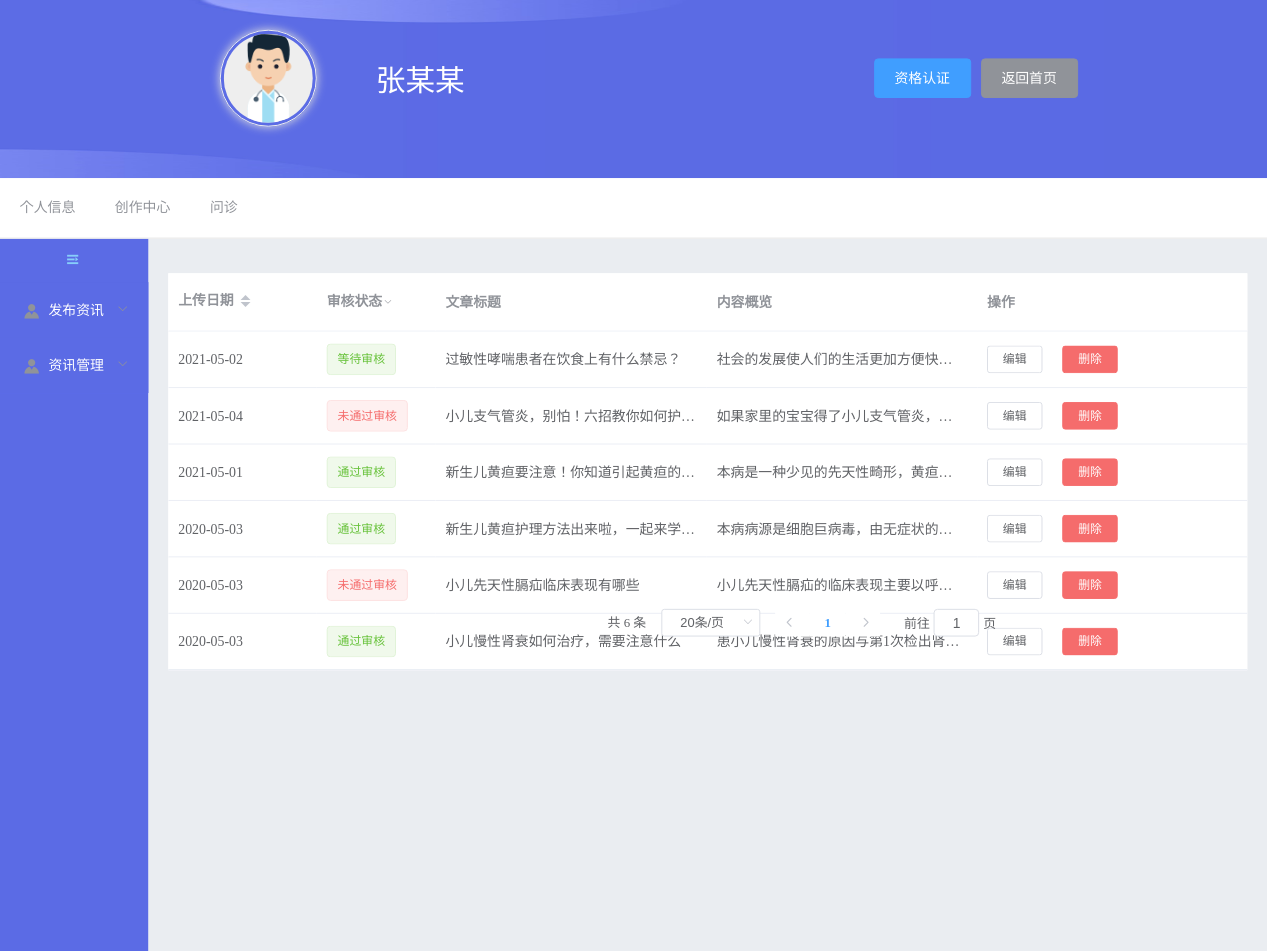
Repository: DiscreteL/SOA_Front
Page: /#/manageArticle
The author's editor kept a copy of each file at every save. The page is drawn from the files as they stood at one save, then again after the next save.
The browser window is 1280 px wide. The pictures show the whole page, at 99% of full size.
The project was rebuilt for these pictures with package versions that can differ from the ones it lists, and the page was loaded fresh each time. Also part of the build but not shown: vue.config.js, src/components/navigation.vue, src/components/dialog.vue, src/views/news.vue, src/components/announcement.vue, src/components/patientKnow.vue, src/views/Home.vue, src/views/login.vue and 15 more.

Above is the page before, as saved 2021-11-29 16:10:01.

### src/main.js
import Vue from 'vue'
import App from './App.vue'
import router from './router'
import store from './store'
import ElementUI from 'element-ui';
import 'element-ui/lib/theme-chalk/index.css';
import instance_ from "@/utils/api";

Vue.use(ElementUI);

Vue.config.productionTip = false

Vue.prototype.instance = instance_

new Vue({
  router,
  store,
  render: h => h(App)
}).$mount('#app')

router.beforeEach((to, from, next) => {
  /* 路由发生变化修改页面title */
  if (to.meta.title) {
      document.title = to.meta.title
  }
  next()
})

### src/App.vue
<template>
  <div id="app">
    <router-view/>
  </div>
</template>

<style lang="less" scoped>
</style>

<script>
export default {
  name: 'app'
}
</script>

### src/utils/api.js
//输出通用axios实例
import axios from 'axios';
axios.defaults.withCredentials = false

const instance = axios.create({
  timeout: 10000,
   headers: {
    'Content-Type': "multipart/form-data;charset=utf-8",
  }
});

export default {
  //GqvbYer04485869e6b5acbed4ed10dfd79468f6d84577b1

   diseaseList (data) {
     return instance.get("https://api.apishop.net/common/disease/queryDiseaseList?apiKey=GqvbYer04485869e6b5acbed4ed10dfd79468f6d84577b1&page=1&pageSize=50", data);
   },
   diseaseInfo(data){
    return instance.get("https://api.apishop.net/common/disease/queryDiseaseInfo?apiKey=GqvbYer04485869e6b5acbed4ed10dfd79468f6d84577b1&diseaseID="+data);
   }


//   allUser () {
//     return instance.post('/api/user');
//   },
//   allProduct () {
//    return instance.post('/api/product')
//   },
//   upload (data) {
//     return instance.post('/api/upload',data)
//   },
//   regist (data){
//   	return instance.post('/api/createOrUpdateUser',data)
//   }
};

### src/views/doctor/messageCenter.vue
<template>
  <div class="home_container">
    <UserHomeNav2></UserHomeNav2>
    <!--页面主体区-->
    <el-container>
      <!--侧边栏-->
      <el-aside :width="isCollapse ? '64px' : '150px'">
        <div class="toggle-button" @click="toggleCollapse">
          <div v-if="this.isCollapse == true">
            <i class="el-icon-s-fold"></i>
          </div>
          <div v-else>
            <i class="el-icon-s-unfold"></i>
          </div>
        </div>
        <el-menu
          background-color="#5b6be5"
          text-color="#fff"
          active-text-color="#409EFF"
          :collapse="isCollapse"
          :collapse-transition="false"
          :router="true"
          :default-active="activePath"
        >
          <!-- :unique-opened="true"->只允许展开一个菜单 -->
          <!-- :collapse-transition="false" -> 关闭动画 -->
          <!-- router -> 导航开启路由模式 -->
          <el-submenu index="1">
          <!-- 一级菜单模板 -->
          <template slot="title">
            <i class="el-icon-s-custom"></i>
            <span>发布资讯</span>
          </template>
            <el-menu-item index="/uploadArticle" @click="saveNavState('/uploadArticle')">
              <i class="el-icon-date" style="color: #dcdcdc"></i>
              <span slot="title">发布文章</span>
            </el-menu-item>
            <el-menu-item index="/uploadVideo" @click="saveNavState('/uploadVideo')">
              <i class="el-icon-date" style="color: #dcdcdc"></i>
            <span slot="title">上传视频</span>
            </el-menu-item>
          </el-submenu>
          <el-submenu index="2">
          <!-- 一级菜单模板 -->
          <template slot="title">
            <i class="el-icon-s-custom"></i>
            <span>资讯管理</span>
          </template>
            <el-menu-item index="/manageArticle" @click="saveNavState('/manageArticle')">
              <i class="el-icon-date" style="color: #dcdcdc"></i>
              <span slot="title">文章管理</span>
            </el-menu-item>
            <el-menu-item index="/manageVideo" @click="saveNavState('/manageVideo')">
              <i class="el-icon-date" style="color: #dcdcdc"></i>
            <span slot="title">视频管理</span>
            </el-menu-item>
          </el-submenu>
        </el-menu>
      </el-aside>
      <!--右侧主体区-->
      <el-main>
        <router-view></router-view>
      </el-main>
    </el-container>
  </div>
</template>

<script>
import UserHomeNav2 from "@/components/userhomenav2.vue";

export default {
  name: "messageCenter",
  components: {
    UserHomeNav2,
  },
  data() {
    return {
      // 默认不折叠
      isCollapse: false,
      // 被激活导航地址
      activePath: "",
    };
  },
  created() {
    this.activePath = window.sessionStorage.getItem("activePath");
  },
  methods: {
    toggleCollapse() {
      this.isCollapse = !this.isCollapse;
    },
    saveNavState(activePath) {
      window.sessionStorage.setItem("activePath", activePath);
      this.activePath = activePath;
    },
  },
};
</script>

<style lang="less" scoped>
html,
body {
  width: 100%;
  height: 100%;
  margin: 0px;
  padding: 0px;
}
.home_container{
    height: 100vh;
}
.el-container{
    height: 100%;
}
.el-aside {
  background-color: #5b6be5;
  .el-menu {
    border-right: none;
  }
}
.el-main {
  background-color: #eaedf1;
}
.toggle-button {
  background-color: #5b6be5;
  font-size: 15px;
  line-height: 24px;
  color: #87cefa;
  text-align: center;
  letter-spacing: 0.2em;
  cursor: pointer;
  padding: 10px;
}
.logo_box {
  height: 60px;
  width: 60px;
  border: 5px #53868b;
  border-radius: 50%; /* 圆角 */
  position: relative;
  margin: 30px;
}
.port_box img {
  width: 100%;
  height: 100%;
  border-radius: 50%; /* 圆角 */
  background-color: #53868b;
}
</style>

### src/views/doctor/message/manageArticle.vue
<template>
  <div class="articleForm">
    <div class="form" style="margin-top: 15px">
      <el-table
        ref="filterTable"
        :data="
          tableData.slice((currentPage - 1) * pageSize, currentPage * pageSize)
        "
        style="width: 100%"
      >
        <el-table-column
          prop="date"
          label="上传日期"
          sortable
          width="150"
          column-key="date"
        >
        </el-table-column>
        <el-table-column
          prop="status"
          label="审核状态"
          width="120"
          :filters="[
            { text: '等待审核', value: '等待审核' },
            { text: '通过审核', value: '通过审核' },
            { text: '未通过审核', value: '未通过审核' },
          ]"
          :filter-method="filterStatus"
          filter-placement="bottom-end"
        >
          <template slot-scope="scope">
            <el-tag
              :type="scope.row.status === '未通过审核' ? 'danger' : 'success'"
              disable-transitions
            >
              {{ scope.row.status }}
            </el-tag>
          </template>
        </el-table-column>
        <el-table-column
          prop="title"
          label="文章标题"
          :show-overflow-tooltip="true"
        >
        </el-table-column>
        <el-table-column
          prop="content"
          label="内容概览"
          :show-overflow-tooltip="true"
        >
        </el-table-column>
        <el-table-column label="操作">
          <el-button size="mini" @click="dialogTableVisible = true"
            >编辑</el-button
          >
          <el-dialog title="编辑文章内容" :visible.sync="dialogTableVisible">
            <el-form ref="formArticle" :model="formArticle" label-width="80px">
              <el-form-item label="文章标题" required>
                <el-input v-model="formArticle.title"></el-input>
              </el-form-item>
              <el-form-item label="文章内容" required>
                <el-input
                  type="textarea"
                  :rows="10"
                  v-model="formArticle.content"
                ></el-input>
              </el-form-item>
              <el-form-item>
                <el-button type="primary" @click="onSubmit">提交编辑</el-button>
                <el-button type="primary" @click="clear">清空</el-button>
              </el-form-item>
            </el-form>
          </el-dialog>
          <el-button
            size="mini"
            type="danger"
            style="margin-left: 20px"
            @click="del"
            >删除</el-button
          >
        </el-table-column>
      </el-table>
    </div>
    <div class="block">
      <el-pagination
        align="center"
        @size-change="handleSizeChange"
        @current-change="handleCurrentChange"
        :current-page="currentPage"
        :page-sizes="[1, 5, 10, 20]"
        :page-size="pageSize"
        layout="total, sizes, prev, pager, next, jumper"
        :total="tableData.length"
      >
      </el-pagination>
    </div>
  </div>
</template>

<script>
export default {
  data() {
    return {
      tableData: [
        {
          date: "2021-05-02",
          status: "等待审核",
          title: "过敏性哮喘患者在饮食上有什么禁忌？",
          content:
            "社会的发展使人们的生活更加方便快捷，推动了人民中国质量的提高。但是另一方面也给人类带来了一些危害，社会快速发展的背后就是工业的发展，工业发展必然会带来一些环境污染，环境未来竟然又会影响到人类，所以如何实现人地协调发展是一个非常重要的问题。如果不能实现人地协调发展，就会给人类带来很大的危害。就比如说现在各种疾病的患病率越来越高，和工业污染有一定的关联。今天就给大家介绍一下，过敏性哮喘患者在饮食上有什么样的禁忌。",
        },
        {
          date: "2021-05-04",
          status: "未通过审核",
          title: "小儿支气管炎，别怕！六招教你如何护理！",
          content:
            "如果家里的宝宝得了小儿支气管炎，牵动着各位爸爸妈心，家长朋友往往比患儿还要着急，看着孩子难受，内心也是备受煎熬，那各位宝爸宝妈们，你们知道如何护理吗？知道如何给宝宝做膳食吗？我们一起来学学吧。",
        },
        {
          date: "2021-05-01",
          status: "通过审核",
          title: "新生儿黄疸要注意！你知道引起黄疸的真正原因吗？",
          content:
            "本病是一种少见的先天性畸形，黄疸乃因胚胎发育异常造成的胆道闭锁或狭窄，胆汁不能排泄或排泄不畅所致。黄疸的特点是出生不久即发生，呈进行性加重，全身皮肤深桔黄色，尿布被尿液染黄后用清水常冲洗不掉。此病预后恶劣，应早期手术",
        },
        {
          date: "2020-05-03",
          status: "通过审核",
          title: "新生儿黄疸护理方法出来啦，一起来学学吧",
          content:
            "本病病源是细胞巨病毒，由无症状的带病毒孕妇通过胎盘感染胎儿。新生儿在出生一个月内出现黄疸、精神不振、咳嗽、肝脾肿大、消化不良和生长停滞等，应考虑是本病。",
        },
        {
          date: "2020-05-03",
          status: "未通过审核",
          title: "小儿先天性膈疝临床表现有哪些",
          content: "小儿先天性膈疝的临床表现主要以呼吸道症状为主，新生儿、婴幼儿和儿童的临床表现各异。",
        },
        {
          date: "2020-05-03",
          status: "通过审核",
          title: "小儿慢性肾衰如何治疗，需要注意什么",
          content:
            "患小儿慢性肾衰的原因与第1次检出肾衰时的患儿年龄密切相关。5岁以下的慢性肾衰常是解剖异常的结果，如肾发育不全、肾发育异常、尿路梗阻以及其他先天畸形；5岁以后的慢性肾衰则以后天性肾小球疾病如小球肾炎、溶血性尿毒综合征或遗传性病变，如Alport综合征、肾囊性病变为主。",
        },
      ],
      dialogTableVisible: false,
      dialogFormVisible: false,
      currentPage: 1, // 当前页码
      total: 20, // 总条数
      pageSize: 20, // 每页的数据条数
      form: {
        reason: "",
        region: 0,
        delivery: false,
      },
      formLabelWidth: "120px",
      formArticle: {
        title: "",
        content: ""
      },
    };
  },
  methods: {
    filterHandler(value, row, column) {
      const property = column["property"];
      return row[property] === value;
    },
    filterStatus(value, row) {
      return row.status === value;
    },
    //每页条数改变时触发 选择一页显示多少行
    handleSizeChange(val) {
      console.log(`每页 ${val} 条`);
      this.currentPage = 1;
      this.pageSize = val;
    },
    //当前页改变时触发 跳转其他页
    handleCurrentChange(val) {
      console.log(`当前页: ${val}`);
      this.currentPage = val;
    },
    del() {
      this.$confirm("此操作将永久删除该文章, 是否继续?", "提示", {
        confirmButtonText: "确定",
        cancelButtonText: "取消",
        type: "warning",
      })
        .then(() => {
          this.$message({
            type: "success",
            message: "删除成功!",
          });
        })
        .catch(() => {
          this.$message({
            type: "info",
            message: "已取消删除",
          });
        });
    },
    onSubmit() {
      console.log("submit!");
    },
    clear() {
      this.$refs.form.resetFields();
    },
  },
};
</script>

<style scoped>
.articleForm {
  width: 100%;
  display: flex;
  flex-direction: column;
}
.form {
  float: left;
  width: 100%;
}
.el-table .warning-row {
  background: oldlace;
}

.el-table .success-row {
  background: #f0f9eb;
}
.block {
  float: left;
  width: 100%;
  position: fixed;
  bottom: 75px;
}
</style>

### src/components/userhomenav2.vue
<template>
  <div class="container">
    <div class="head">
      <div class="background">
        <img src="@/assets/back.jpg" alt="" width="100%" height="100%" />
      </div>
      <div class="headmain">
        <div class="left">
          <!-- 头像部分 -->
          <div class="port_box">
            <img src="../assets/docPort.png" />
          </div>

          <!-- 个人信息部分 -->
          <div
            class="Info"
            style="color: white; font-size: 30px; font-family: 宋体"
          >
            {{ userName }}<br />
          </div>
        </div>
        <div>
            <el-button type="primary" @click="certify">资格认证</el-button>
          <el-button type="info" @click="returnhome">返回首页</el-button>
        </div>
      </div>
    </div>
    <div class="navBar">
      <el-menu
        :default-active="this.$route.path"
        class="el-menu-demo"
        router
        mode="horizontal"
        active-text-color="#409EFF"
      >
        <el-menu-item v-for="(item, i) in navList" :key="i" :index="item.name">
          {{ item.navItem }}
        </el-menu-item>
      </el-menu>
    </div>
    <div></div>
  </div>
</template>

<script>
export default {
  name: "UserHomeNav2",
  data() {
    return {
      //   userID: window.sessionStorage.getItem("id"),
      userName: "张某某",
      navList: [
        { name: "/userHome2", navItem: "个人信息" },
        { name: "/messageCenter", navItem: "创作中心" },
        { name: "/consult", navItem: "问诊" },
        // { name: "/help", navItem: "帮助中心" },
      ],
    };
  },
  methods: {
    returnhome(){
      this.$router.push("/home");
    },
    certify(){

    }
  },
};
</script>

<style scoped>
.head {
  height: 180px;
  width: 100%;
}
.background {
  width: 100%;
  height: 180px;
  z-index: -1;
  position: absolute;
}
.headmain {
  display: flex;
  justify-content: space-around;
  align-items: center;

}
.left {
  display: flex;
  align-items: center;
}
.port_box {
  height: 90px;
  width: 90px;
  border: 1px solid #eee;
  border-radius: 50%; /* 圆角 */
  padding: 3px; /*图片和边框之间的间距 */
  box-shadow: 0 0 10px #ddd; /*阴影 */
  position: relative;
  margin: 30px;
}
.port_box img {
  width: 100%;
  height: 100%;
  border-radius: 50%; /* 圆角 */
  background-color: #eee;
}

.Info {
  text-align: left;
  font: 15px "Microsoft YaHei";
  margin: 30px;
  position: relative;
}
</style>

### src/axios/url.js
import patient from './modules/patient';
import alluser from './modules/alluser';
import doctor from './modules/doctor';
import admin from './modules/admin';
export default {
    patient,
    alluser,
    doctor,
    admin,
};

### src/axios/request.js
import axios from './axios';
export default {
  // get请求
  get(url, param) {
    return new Promise((resolve, reject) => {
      axios({
        method: 'get',
        url,
        params: param
      })
        .then((res = {}) => {
          if (res.code !== '200') reject(res);
          resolve(res);
        })
        .catch(_ => {
          reject(_)});
    });
  },
  // post请求
  post(url, param) {
    return new Promise((resolve, reject) => {
      axios({
        method: 'post',
        url,
        data: param,
      })
        .then((res = {}) => {
          if (res.code !== '200') reject(res);
          resolve(res);
        })
        .catch(_ => reject(_));
    });
  },
};

### src/axios/modules/patient.js
export default {
    getDocListData:'/Patient/GetDoctorList',
    getDrugData:'/Patient/GetDrugInforList',
    getHosData:'/Patient/GetHospitalList',
    getNoticeData:'/Patient/GetNoticeList',
    getDiseaseData:'/Patient/GetDiseaseList',
    patientLogin:'/Patient/Login',
    doctorLogin:'/Doctor/Login',
    patientRegister:'/Patient/Register',
    doctorRegister:'/Doctor/Register',
    postReservationData:'/Patient/PostReservation',
    sendAcidForm:'/Patient/PostAppOfNuc',
    sendOffineReservation:'/Patient/PostOfflineApp',
    getCart:'/Patient/GetCart',
    clearCart:'/Patient/EmptyCart',
    addCart:'/Patient/AddDrug',
    getDocInfoData:'/Patient/GetDoctor',
    getDrugsIncludedListData:'/Patient/GetIncludeList',
    postRateData:'/Patient/PostRating',
    getPreData:'/Patient/GetPre',
    getDiseaseListData:'/Patient/GetDiseaseList',//存在重复
    getDepartmentListData:'/Patient/GetDepartmentList',//存在重复
    getPatientInfo:'/Patient/GetPatiInfor',
    postAutoAddData:'/Patient/AutoAddDrug',
    getDrugListData:'/Patient/GetDrugInforList',//存在重复
    getLocalImg:'/Patient/GetImg',
    getNAT:'/Patient/GetAppsOfNuc',
    postNoticeData:'/Admin/PostNotice',
    deleteNotice:'/Admin/DeleteNotice',
    getPaiIno:'/Patient/GetPatient',
    getOfflineApp:'/Patient/GetOfflineAppList',
    getReservations:'/Patient/GetReservations',
    getPatiBMI:'/Patient/GetPatiInfor',
    getHospital:'/Patient/GetHospital',
    getPreData:'/Patient/GetPre',
    postPaiIno:'/Patient/ModInfor',
    postUpdateReservation:'Patient/UpdateReservation',
    postRectifyOfflineApp:'/Patient/RectifyOfflineApp',
    postRectifyNucleicApp:'/Patient/RectifyNucleicApp',
    updateReservationData:'/Patient/UpdateReservation',
    getDoctorData:'/Doctor/GetDoctor',
    getRecordsData:'/Doctor/GetReservationLists',
    getCompletedRecordsData:'/Doctor/GetRecords'
  };

### src/axios/modules/alluser.js
export default{
    sendChatMes:'/Base/PostChat',
    getChatMes:'/Base/GetChat'
};

### src/axios/modules/doctor.js
export default {
    getPatientInfoData:'/Doctor/GetPatient',
    postPreData:'/Doctor/PostPre',
    postMedicineIncludedData:'/Doctor/PostInclude',
    postReportData:'/Doctor/PostReport',
    getDocIno:'/Doctor/GetDoctor',
};

### src/axios/modules/admin.js
export default {
    getReportListData:'/Admin/GetReportForms',
    getNoticeListData:'/Admin/GetNoticeList',
    postNoticeData:'/Admin/PostNotice'
}

### src/axios/axios.js
import axios from 'axios';
import router from '../router';
import Vue from 'vue';
import qs from 'qs';
//import store from '../store/index';

//import Storage from '../utils/storages';


// 错误状态码处理提示
class MessageTip extends Vue {
  static messageTipInstance = null;
  messageTip = null;

  static instance() {
    if (!this.messageTipInstance) {
      this.messageTipInstance = new MessageTip();
    }
    this.messageTipInstance;
  }

  // 提示信息
  msgInfo(msg) {
    this.messageTip && this.messageTip.close();
    this.messageTip = this.$message({
      showClose: true,
      message: msg,
      type: 'error',
      center: true
    });
  }

  // 错误信息
  errorInfo(errorCode) {
    this.messageTip && this.messageTip.close();
    let msg = '';
    switch (errorCode) {
      case '400':
        msg = '请求错误';
        break;
      case '401':
        msg = '登录会话过期，请重新登录';
        break;
      case '403':
        msg = '拒绝访问';
        break;
      case '404':
        msg = '请求地址出错';
        break;
      case '408':
        msg = '请求超时';
        break;
      case '500':
        msg = '服务器内部错误';
        break;
      case '501':
        msg = '服务器未实现';
        break;
      case '502':
        msg = '网络错误';
        break;
      case '503':
        msg = '服务不可用';
        break;
      case '504':
        msg = '网关超时';
        break;
      case '505':
        msg = 'HTTP版本不受支持';
        break;
    }
    this.messageTip = this.$message({
      showClose: true,
      message: msg,
      type: 'error',
      center: true
    });
  }
}

const messageTip = new MessageTip();

axios.defaults.headers.post['Content-Type'] = 'application/json';

axios.defaults.withCredentials = true;
axios.defaults.baseURL = '/api';
axios.defaults.timeout = 5000;
// 请求拦截器
axios.interceptors.request.use(
  config => {
    if(config.method === 'post') {
      config.data = qs.stringify(config.data)
      config.url += '?' + config.data
    }
    else {
      config.params = qs.stringify(config.params)
      config.url += '?' + config.params
    }
    //config.headers.token = localStorage.getItem('$token_info');
    return config;
  },
  error => {
    return Promise.reject(error);
  }
);

// 响应拦截器
axios.interceptors.response.use(
  response => {
    response.data = {
      result:response.data,
      code:`${response.status}`
    }
    if (response && response.data && response.data.code !== '200') {
      response.data.msg && messageTip.msgInfo(response.data.msg);
      console.log(response)
      return Promise.reject(response.data);
    }
    return response.data;
  },
  error => {
    console.log(error)
    console.log(error.response)
    if (
      error &&
      error.response &&
      error.response.status &&
      messageTip.errorInfo(error.response.status)
    ) {
      return Promise.reject(error);
    }
  }
);
export default axios;

Loaded but not shown: public/index.html (common file); src/store/index.js (common file); src/router/index.js (234 lines, source omitted); src/service/userService.js (198 lines, source omitted)

After the next save:
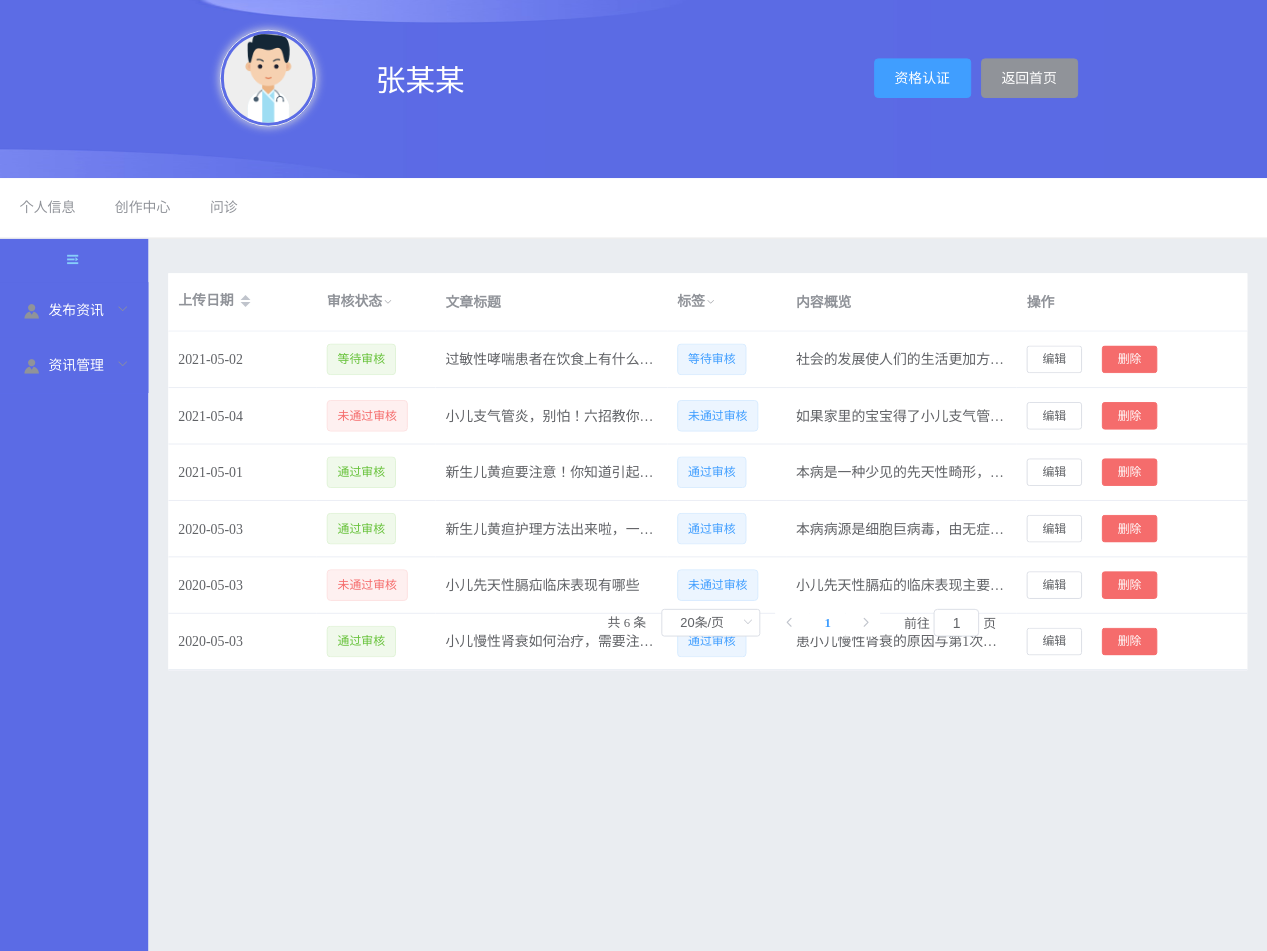
Saved 3 min 1 s later.
--- a/src/views/doctor/message/manageArticle.vue
+++ b/src/views/doctor/message/manageArticle.vue
@@ -42,6 +42,28 @@
           label="文章标题"
           :show-overflow-tooltip="true"
         >
+        </el-table-column>
+        <el-table-column
+          prop="label"
+          label="标签"
+          width="120"
+          :filters="[
+            { text: '疾病科普', value: '疾病科普' },
+            { text: '生活常识', value: '生活常识' },
+            { text: '养生妙招', value: '养生妙招' },
+            { text: '其他', value: '其他' }
+          ]"
+          :filter-method="filterStatus"
+          filter-placement="bottom-end"
+        >
+          <template slot-scope="scope">
+            <el-tag
+              :type="primary"
+              disable-transitions
+            >
+              {{ scope.row.status }}
+            </el-tag>
+          </template>
         </el-table-column>
         <el-table-column
           prop="content"
